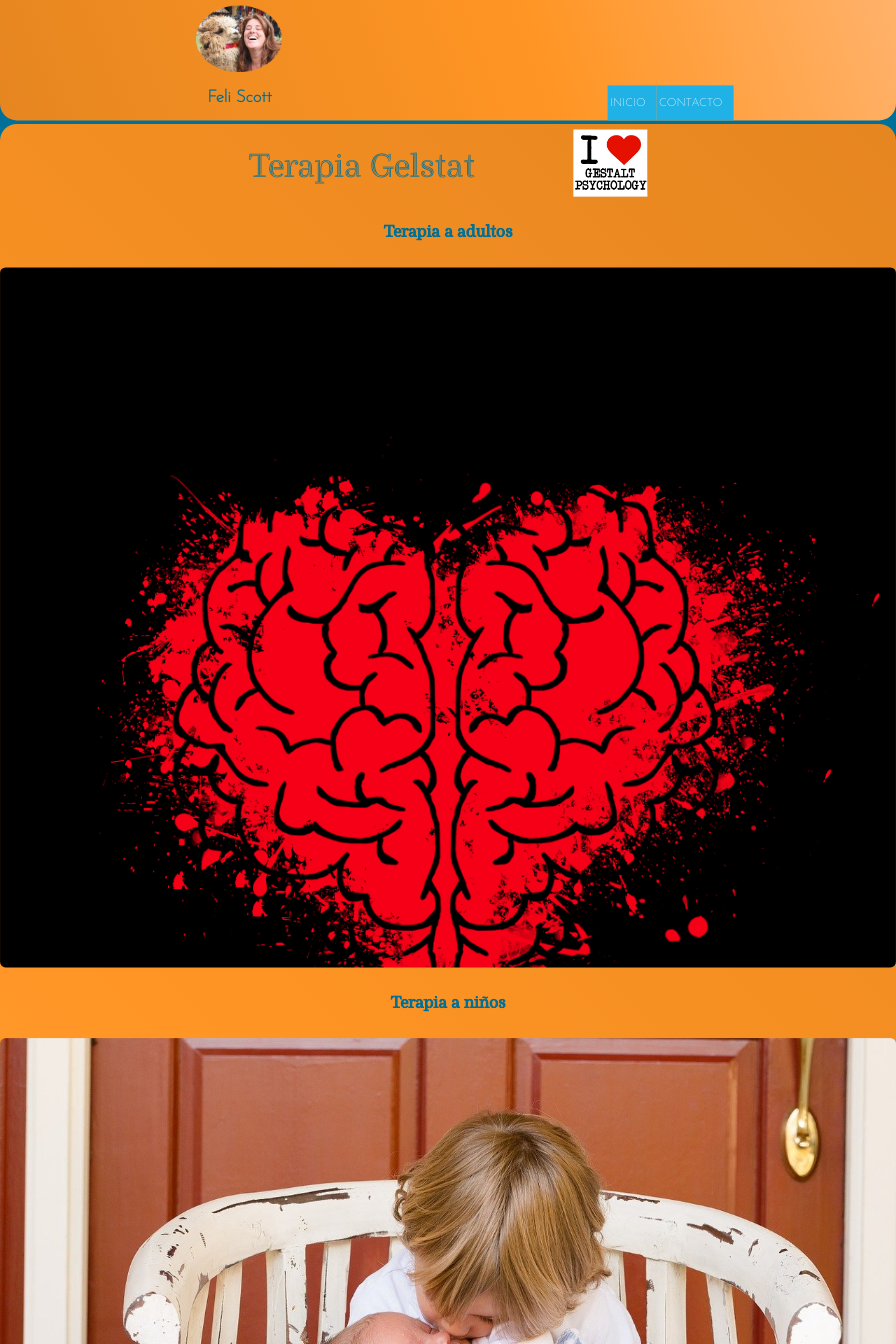
Repository: Jogalso/webPsicologa
Page: /
The author's editor kept a copy of each file at every save. The page is drawn from the files as they stood at one save, then again after the next save.
The browser window is 1280 px wide. The pictures show the part of the page from y = 0 to 1920 px (the page is 5404 px tall), at 70% of full size.
Backgrounds fixed to the window are drawn as part of the page. The project was rebuilt for these pictures with package versions that can differ from the ones it lists, and the page was loaded fresh each time. Some packages were replaced by stand-ins written for this rebuild. The framework's server and built-in components were replaced by stand-ins that run in the browser.

Above is the page before, as saved 2021-07-14 13:28:01.

### pages/index.js
import React from 'react'
import Layout from '../components/Layout'

import Header from '../components/Header'
import Terapias from '../components/Terapias'
import FormularioContacto from '../components/FormularioContacto'
import Footer from '../components/Footer'

export default function index() {
    return (
        <div>
            <Layout>
                <Header />
                <Terapias />
                <FormularioContacto />
                <Footer />
            </Layout>
        </div>
    )
}

### components/Layout.jsx
('use strict')
import Link from 'next/link';
import Head from 'next/head';
import React from 'react'

function Layout(props) {
    const {children, title} = props;
    return <div>
    <Head >
    <title>Terapia Gestalt: {title}</title>
        <meta name="viewport" content="width=device-width, initial-scale=1"></meta>
    </Head>
    {children}

    <style jsx global>
    {`
        html{
            background: #007099;
        }
    `
    //colores en naranja #FF9524, #FFA13D, #FA9223, #007FAD, #23C1FA
    }
    </style>
    <style jsx global>
        { `
           @import url('https://fonts.googleapis.com/css2?family=Josefin+Sans:wght@200&display=swap');
           body{
               max-width; 100%;
               width: 100%;
               margin: 0px;
               font-family:  'Josefin Sans', sans-serif;
           }
           @font-face {
               font-family: 'RymanEco';
               src: url('/fonts/RymanEco/RymanEco-Regular.otf');
           }
        `}
    </style>
</div>
}

export default Layout

### components/Header.jsx

import Link from 'next/link';
export default function Header() {

    return (
        <div>
            <div className="Header">
                <div className="InfoTerapetua">
                    <img className="InfoTerapetua__img" src="../imagenes/principal.png" />
                    <h2>Feli Scott</h2>
                </div>
                <div className="botones">
                    <Link href="/">
                        <a>
                            Inicio
                        </a>
                    </Link>
                    <Link href="/contacto">
                        <a>
                            Contacto
                        </a>
                    </Link>
                </div>
            </div>

            <style>
                {`
                    .Header{
                        background: linear-gradient(70deg,#E68620 0, #FF9524 60%, #FFB26B);
                        border-bottom-right-radius: 1.5em;
                        border-bottom-left-radius: 1.5em;
                        margin-bottom: 0.3em;
                        display: flex;
                        justify-content: space-around;
                    }
                    .InfoTerapetua{
                        color: #007099;
                        padding-top: 0.5em;
                        margin-left: 3em;
                        text-align: center;
                    }
                    .InfoTerapetua__img{
                        height: 6em;
                        width: auto;
                    }
                    .botones{
                        margin-top: 0.5em;
                        display: flex;
                        align-items: end;
                    }
                    .botones a{
                        color: white;
                        border-color: #007099;
                        background-color: #20B1E6;
                        text-transform: uppercase;
                        padding: 0.8em 1em;
                        padding-left: 0.2em;
                        text-decoration: none;
                        line-height: 1.5em;
                    }
                `}
            </style>
        </div>
    )
}

### components/Terapias.jsx
import React from 'react'

export default function Terapias() {
    return (
        <div>
            <div className="Terapias">
                <div className="Terapia__titulo">
                    <span className="titulo">Terapia Gelstat</span>
                    <p></p>
                    <img className="Terapias__img" src="../imagenes/ILoveGestalt.png"/>
                </div>
                <div className="Terapia_modalidades">
                    <h2>Terapia a adultos</h2>
                    <div className="TerapiaPersonal"></div>

                    <h2>Terapia a niños</h2>
                    <div className="TerapiaNiños"></div>

                    <h2>Terapia a adolescentes</h2>
                    <div className="TerapiaAdolescentes"></div>

                    <h2>Terapia familiar</h2>
                    <div className="TerapiaFamiliar"></div>
                </div>
            </div>

            <style>
                {`
                    .Terapias{
                        background: linear-gradient(45deg, #FFB26B 0, #FF9524 60%, #E68620);
                        border-top-right-radius: 1.5em;
                        border-top-left-radius: 1.5em;
                        text-align: center;
                        font-family: 'RymanEco';
                        color: #007099;
                    }
                    .titulo{
                        padding-top: 0.5em;
                        margin-top: 0px;
                        font-size: 3em;
                    }
                    .Terapia_modalidades h2{
                        margin-top: 1.5em;
                        margin-bottom: 1.5em;
                    }
                    .Terapias__img{
                        height: 6em;
                        width: auto;
                    }
                    .Terapia_modalidades{
                        width: 100%;
                    }
                    .Terapia__titulo{
                        margin-left: auto;
                        margin-right: auto;
                        padding-top: 0.5em;
                        max-width: 50%;
                        display: flex;
                        justify-content: space-around;
                    }
                    .TerapiaPersonal{
                        min-height: 1000px;
                        background-image: url("../imagenes/heart_1920.png");
                        background-repeat: no-repeat;
                        background-size: cover;
                        background-attachment: fixed;
                        background-position: right center;
                        margin-bottom 2em;
                        border-radius: 0.5em;
                    }
                    .TerapiaNiños{
                        min-height: 1000px;
                        background-image: url("../imagenes/niños_1280.jpg");
                        background-repeat: no-repeat;
                        background-size: cover;
                        background-attachment: fixed;
                        background-position: right center;
                        border-radius: 0.5em;
                    }
                    .TerapiaAdolescentes{
                        min-height: 1000px;
                        background-image: url("../imagenes/jovenes_1280.jpg");
                        background-repeat: no-repeat;
                        background-size: cover;
                        background-attachment: fixed;
                        background-position: right center;
                        border-radius: 0.5em;
                    }
                    .TerapiaFamiliar{
                        min-height: 1000px;
                        background-image: url("../imagenes/familias_1280.jpg");
                        background-repeat: no-repeat;
                        background-size: cover;
                        background-attachment: fixed;
                        background-position: right center;
                        border-radius: 0.5em;
                    }

                `}
            </style>
        </div>
    )
}

### components/Footer.jsx
import Link from 'next/link'

export default function Footer() {
    return (
        <div>
            <div className="Footer">
                <Link href="/terms">
                    <a target="_blank">
                        Terminos
                    </a>
                </Link>
                <Link href="/privacy">
                    <a target="_blank">
                        Politica privacidad
                    </a>
                </Link>
                <Link href="/about">
                    <a target="_blank">
                        About
                    </a>
                </Link>
            </div>

            <style>
                {`
                    .Footer{
                        background: linear-gradient(70deg, #FFB26B 0, #FF9524 60%, #E68620);
                        display: flex;
                        justify-content: space-around;
                        border-top-right-radius: 1.5em;
                        border-top-left-radius: 1.5em;
                        padding-top: 0.5em;
                        margin-top: 0.3em;
                    }
                    .Footer a{
                        border-radius: 2px;
                        color: white;
                        background-color: #20B1E6;
                        display: inline-block;
                        text-transform: uppercase;
                        padding: 0.8em 1em;
                        text-decoration: none;
                        line-height: 1.5em;
                    }
                `}
            </style>
        </div>
    )
}

Loaded but not shown: hooks/useField.js (12 lines, source omitted); components/FormularioContacto.jsx (324 lines, source omitted)

After the next save:
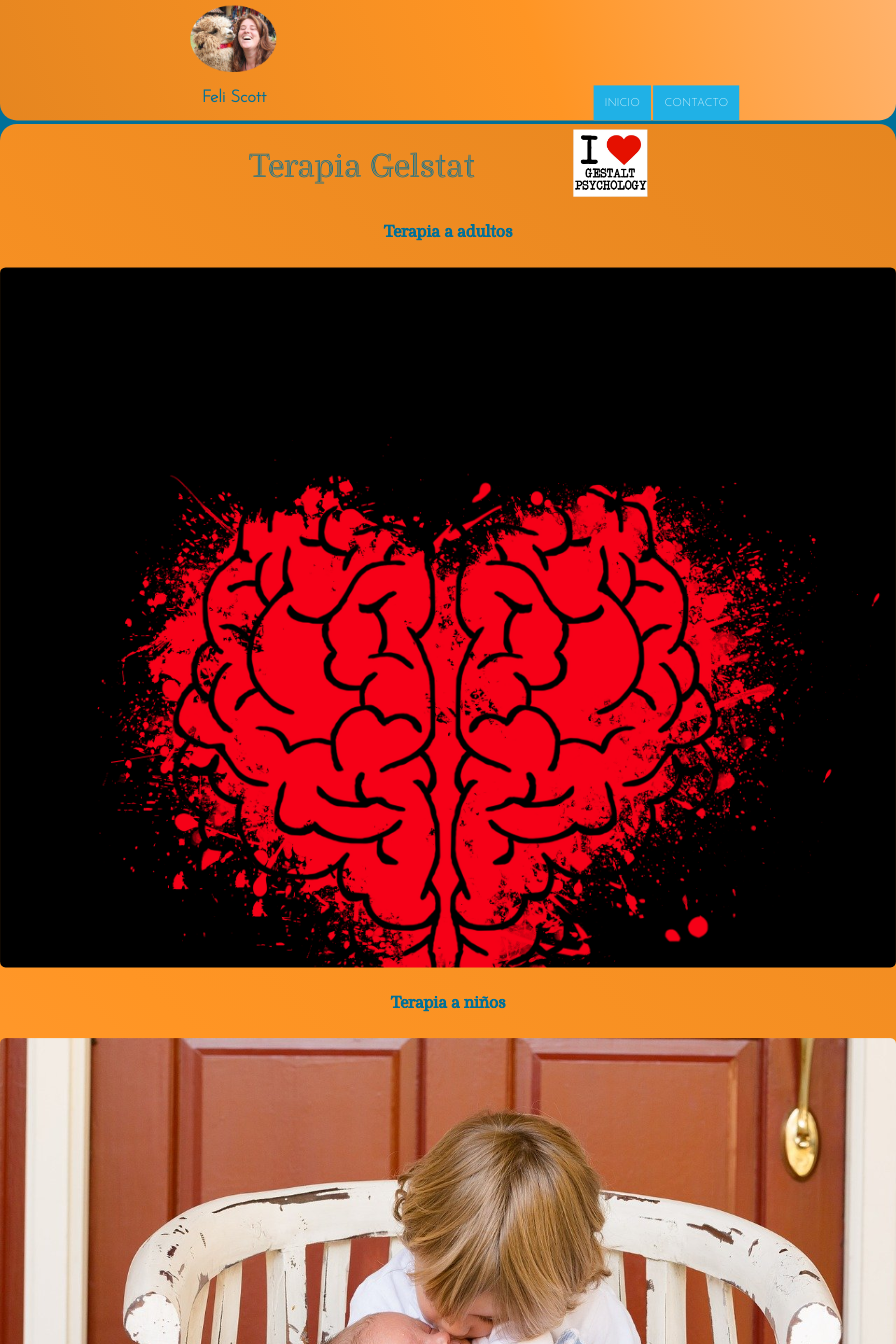
Saved 13 s later.
--- a/components/Header.jsx
+++ b/components/Header.jsx
@@ -54,7 +54,7 @@ export default function Header() {
                         background-color: #20B1E6;
                         text-transform: uppercase;
                         padding: 0.8em 1em;
-                        padding-left: 0.2em;
+                        margin-left: 0.2em;
                         text-decoration: none;
                         line-height: 1.5em;
                     }
